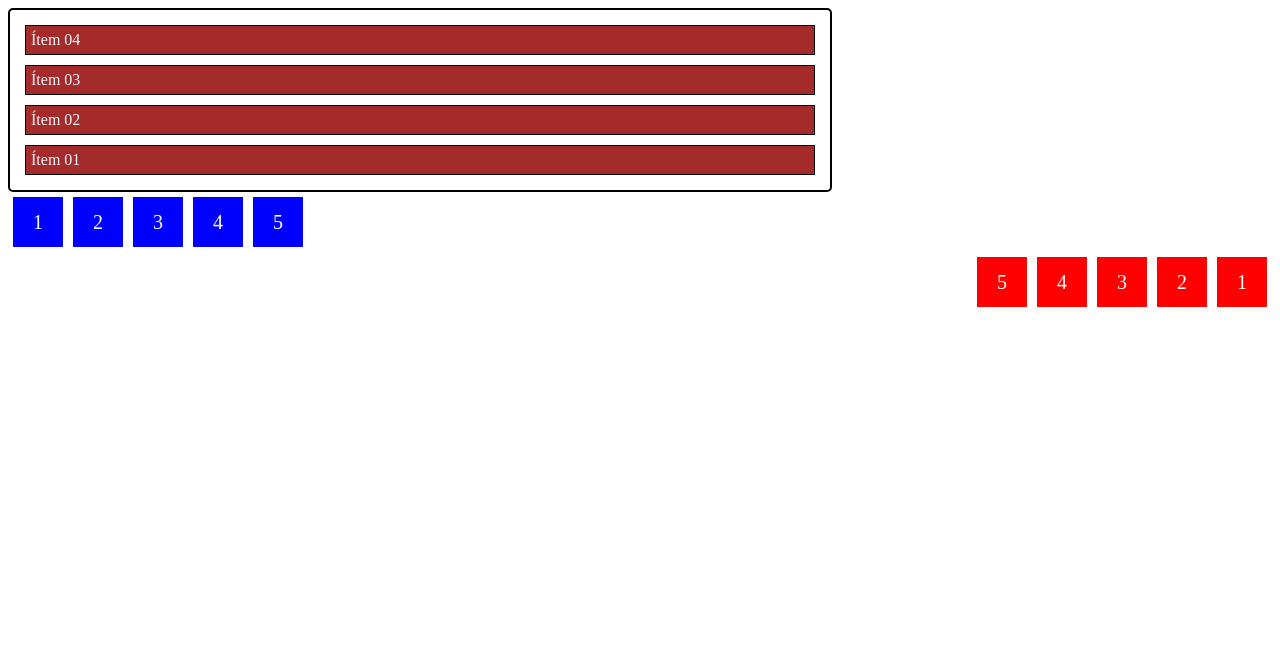
Repository: ozielms/flexbox
Page: outros/flexbox-master/index.html
An editor plug-in stored every save of this project. The page is shown before and after the next save, followed by the edit.
The browser window is 1280 px wide. The pictures show the whole page.

Above is the page before, as saved 2022-04-25 23:43:47.

### outros/flexbox-master/index.html
<!DOCTYPE html>
<html lang="en">

<head>
    <meta charset="UTF-8">
    <meta http-equiv="X-UA-Compatible" content="IE=edge">
    <meta name="viewport" content="width=device-width, initial-scale=1.0">
    <title>Flexbox</title>

    <link rel="stylesheet" href="css/estilo.css">
</head>

<body>

    <div class="pai">
        <div class="filho filho1">Ítem 01</div>
        <div class="filho filho2">Ítem 02</div>
        <div class="filho filho3">Ítem 03</div>
        <div class="filho filho4">Ítem 04</div>
    </div>

    <ul class="flex-container row">
        <li class="flex-item">1</li>
        <li class="flex-item">2</li>
        <li class="flex-item">3</li>
        <li class="flex-item">4</li>
        <li class="flex-item">5</li>
    </ul>


    <ul class="flex-container row-reverse">
        <li class="flex-item">1</li>
        <li class="flex-item">2</li>
        <li class="flex-item">3</li>
        <li class="flex-item">4</li>
        <li class="flex-item">5</li>
    </ul>



</body>

</html>

### outros/flexbox-master/css/estilo.css
.pai {
    max-width: 800px;
    padding: 10px;
    border: 2px solid black;
    border-radius: 5px;
    /* FLEXBOX */
    display: flex;
    flex-direction: column-reverse;
}

.filho {
    background-color: brown;
    color: aliceblue;
    padding: 5px;
    border: 1px solid black;
    margin: 5px;
}

.flex-container {
    margin: 0;
    padding: 0;
    display: flex;
    list-style: none;
}

.flex-item {
    background: blue;
    height: 50px;
    width: 50px;
    line-height: 50px;
    font-size: 20px;
    color: white;
    text-align: center;
    margin: 5px;
}

.row {
    flex-direction: row;
}

.row-reverse {
    flex-direction: row-reverse;
}

.row-reverse li {
    background-color: red;
}

.colunm {
    float: left;
    flex-direction: column;
}

After the next save:
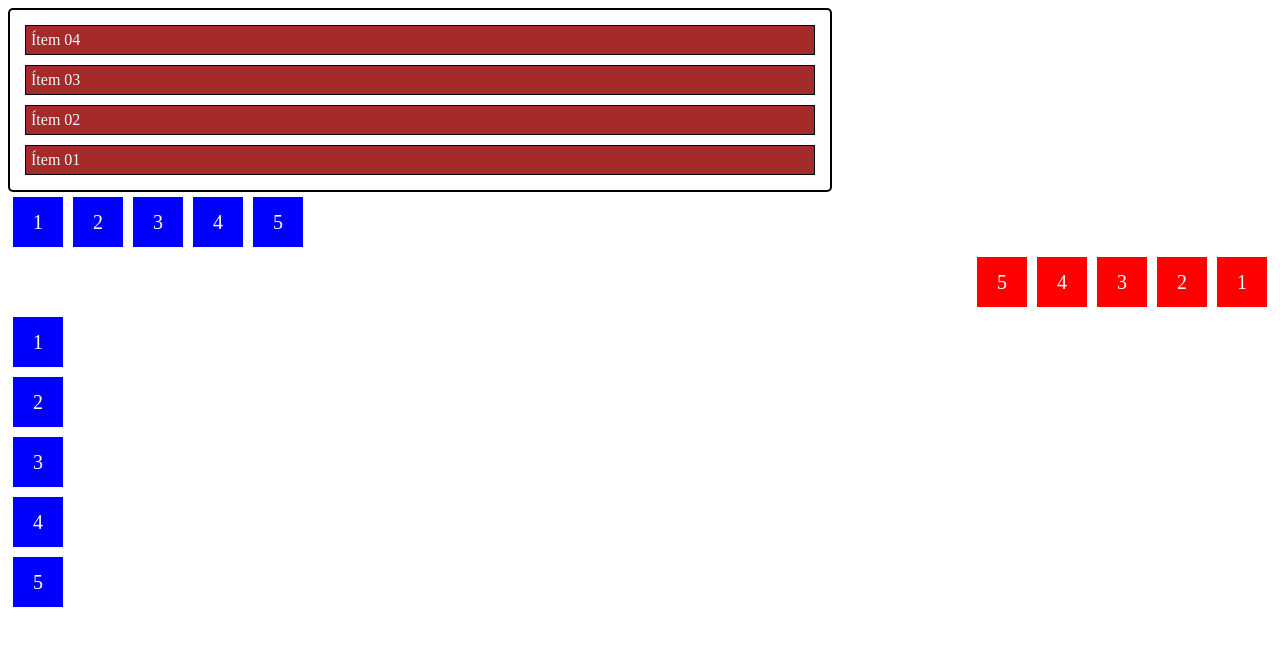
Saved 27 s later.
--- a/outros/flexbox-master/index.html
+++ b/outros/flexbox-master/index.html
@@ -36,6 +36,14 @@
         <li class="flex-item">5</li>
     </ul>
 
+    <ul class="flex-container colunm">
+        <li class="flex-item">1</li>
+        <li class="flex-item">2</li>
+        <li class="flex-item">3</li>
+        <li class="flex-item">4</li>
+        <li class="flex-item">5</li>
+    </ul>
+
 
 
 </body>
